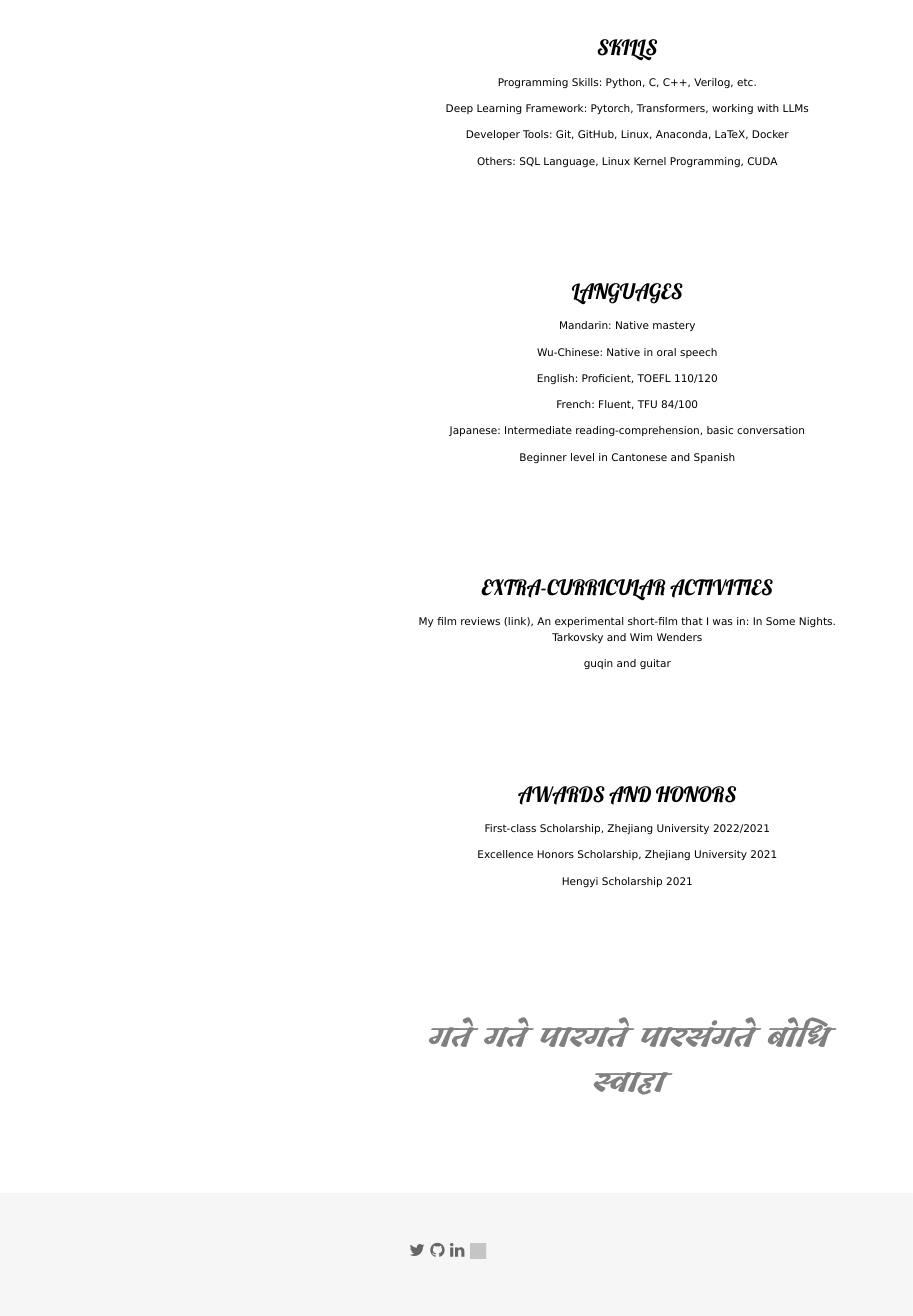
Repository: Ej-zhou/ej-zhou.github.io
Page: index.html
The author's editor kept a copy of each file at every save. The page is drawn from the files as they stood at one save, then again after a run of saves.
The browser window is 1280 px wide. The page is 1304 px wide, so the pictures cover 1304 px, including what lies to the right of the window. The pictures show the part of the page from y = 4573 to 6453 px (the page is 6453 px tall before and 6389 px after), at 70% of full size.
Pictures or frames that could not be fetched are drawn as grey boxes. Some web fonts or font styles are not loaded; a fallback is used.

Above is the page before, as saved 2023-08-12 15:06:18.

### index.html
<!DOCTYPE html>

<html>
<head>
<title>
     Zhou, Ej
    </title>
<meta charset="utf-8"/>
<meta content="width=device-width, initial-scale=1" name="viewport"/>
<link href="https://www.w3schools.com/w3css/4/w3.css" rel="stylesheet"/>
<link href="https://fonts.googleapis.com/css?family=Lobster" rel="stylesheet"/>
<link href="https://cdnjs.cloudflare.com/ajax/libs/font-awesome/4.7.0/css/font-awesome.min.css" rel="stylesheet"/>
<link href="https://fonts.googleapis.com/css2?family=Noto+Sans+SC&amp;display=swap" rel="stylesheet"/>
<style>
     /* body, h1, h2, h3, h4, h5, h6 {font-family: "Lobster", sans-serif} */
     h1, h2, h3, h4, h5, h6 {font-family: "Lobster", sans-serif}
     .w3-row-padding img {margin-bottom: 12px}
     /* .bgimg {
       background-position: center;
       background-repeat: no-repeat;
       background-size: cover;
       background-image: url('https://www.w3schools.com/w3images/profile_girl.jpg');
       min-height: 100%;
     } */
    @font-face {
      font-family: 'YanShiFoXiTi';
      src: url('fonts/YanShiFoXiTi/Slidefu-Regular-2.ttf'); /* Change the extension to match your file */
    }

    @font-face {
    font-family: 'Aakar Regular';
    src: url('fonts/Aakar Regular/Aakar Regular.ttf') format('truetype'); /* Update the path if needed */
    }

    @font-face {
        font-family: 'vesper_libre';
        src: url("fonts/Vesper_Libre/VesperLibre-Bold.ttf");
    }

    @font-face {
        font-family: 'kalam';
        src: url("fonts/Kalam/Kalam-Bold.ttf");
    }


    @font-face {
        font-family: 'Kurale';
        src: url("fonts/Kurale/Kurale-Regular.ttf");
    }

    @font-face {
        font-family: "Tillana";
        src: url("fonts/Tillana/Tillana-Bold.ttf");
    }

     .chinese {
      font-family: 'YanShiFoXiTi', sans-serif;
    }

    .sanskrit {
        font-family: 'Tillana';
        font-size: 43px; /* Set the font size to your desired value */
        font-style: italic;
        font-weight: bold; /* Make the text bold */
        text-align: center; /* Center align the text */
        display: block; /* Make the span a block element to occupy the full width */
        margin: 10px 0; /* Add some margin to separate it from other elements */
        color: gray; /*Set the color to your preference*/
    }
  /* Other CSS rules */

    /* Style for the sidebar container */
    .sidebar {
    width: 600px; /* Same as the desired image width */
    position: fixed; /* Fixed position */
    top: 0; /* Align with the top of the viewport */
    height: 100%; /* Full height */
    overflow: auto; /* Enable scrolling inside the sidebar */
    display: flex; /* Enable flexbox for centering */
    align-items: center; /* Center vertically */
    justify-content: center; /* Center horizontally */
    }

    /* Style for the image container */
    .image-container {
    width: 100%; /* Take up full width of the sidebar */
    text-align: left; /* Center the image horizontally */
    }



    .question-mark {
      cursor: pointer;
      font-weight: bold;
      color: gray; /* Change the color as needed */
      font-size: 40%; /* Adjust the font size to make it smaller */
      vertical-align: top; /* Display the question mark as a superscript */
    }

    .tooltip {
    display: none;
    position: absolute;
    background-color: #f9f9f9;
    padding: 5px;
    border: 1px solid #ccc;
    border-radius: 4px;
    box-shadow: 2px 2px 5px rgba(0, 0, 0, 0.1);
    font-size: 20%; /* Set to the desired font size */
    font-weight: normal; /* Set the font weight to normal */
    font-style: normal; /* Set the font style to normal */
    font-family: "Times New Roman", serif /* Set the desired font family */
    }


</style>
</head>
<!-- <body><div class="sidebar"><div class="image-container"><img alt="here should be a photo" height="400" src="pics/IMG_2185.JPG" width="600"/></div></div> -->
<body><div class="sidebar"><div class="image-container"><img alt="here should be a photo"  src="pics/photo.jpeg" width="550"/></div></div>
<!-- Sidebar with image -->
<!-- <nav class="w3-sidebar w3-hide-medium w3-hide-small" style="width:40%"> -->
<!-- <div class="bgimg"> -->
<!-- </div> -->
<!-- </nav> -->
<!-- Hidden Sidebar (reveals when clicked on menu icon)-->
<!-- <nav class="w3-sidebar w3-black w3-animate-right w3-xxlarge" id="mySidebar" style="display:none;padding-top:150px;right:0;z-index:2">
   <a class="w3-button w3-black w3-xxxlarge w3-display-topright" href="javascript:void(0)" onclick="closeNav()" style="padding:0 12px;">
    <i class="fa fa-remove">
    </i>
   </a>
   <div class="w3-bar-block w3-center">
    <a class="w3-bar-item w3-button w3-text-grey w3-hover-black" href="#" onclick="closeNav()">
     Home
    </a>
    <a class="w3-bar-item w3-button w3-text-grey w3-hover-black" href="#portfolio" onclick="closeNav()">
     Portfolio
    </a>
    <a class="w3-bar-item w3-button w3-text-grey w3-hover-black" href="#about" onclick="closeNav()">
     About
    </a>
    <a class="w3-bar-item w3-button w3-text-grey w3-hover-black" href="#contact" onclick="closeNav()">
     Contact
    </a>
   </div>
  </nav> -->

<!-- Page Content -->
<div class="w3-main w3-padding-large" style="margin-left:40%">
<!-- Menu icon to open sidebar -->
<span class="w3-button w3-top w3-white w3-xxlarge w3-text-grey w3-hover-text-black" onclick="openNav()" style="width:auto;right:0;">
<i class="fa fa-bars">
</i>
</span>
<!-- Header -->
<header class="w3-container w3-center" id="home" style="padding:128px 16px">

<h1 class="w3-jumbo">
    <b> <span class="chinese">周逸杰</span>           </b>
</h1>



<h1 class="w3-jumbo">
<b>
        ZHOU, EJ
      </b>
      <span class="question-mark">?</span>
      <span class="tooltip">
        My given name is <i>Yijie</i>, and my family name <i>Zhou</i>. <i>Ej</i> is my preferred name, and we put our family name in the front.
      </span>




</h1>
<p>
     Where shall I begin...
    </p>
<!-- <img class="w3-image w3-hide-large w3-hide-small w3-round" src="https://www.w3schools.com/w3images/profile_girl.jpg" style="display:block;width:60%;margin:auto;"/> -->
<!-- <img class="w3-image w3-hide-large w3-hide-medium w3-round" height="1333" src="https://www.w3schools.com/w3images/profile_girl.jpg" width="1000">
<button class="w3-button w3-light-grey w3-padding-large w3-margin-top">
<i class="fa fa-download">
</i>
      CV
    </button>
</img></header> -->
<!-- Portfolio Section -->
<!-- <div class="w3-padding-32 w3-content" id="portfolio">
    <h2 class="w3-text-grey">
     My Portfolio
    </h2>
    <hr class="w3-opacity"/> -->
<!-- Grid for photos -->
<!-- <div class="w3-row-padding" style="margin:0 -16px"> -->
<!-- <div class="w3-half">
      <img src="https://www.w3schools.com/w3images/wedding.jpg" style="width:100%"/>
      <img src="https://www.w3schools.com/w3images/rocks.jpg" style="width:100%"/>
      <img src="https://www.w3schools.com/w3images/sailboat.jpg" style="width:100%"/>
     </div>
     <div class="w3-half">
      <img src="https://www.w3schools.com/w3images/underwater.jpg" style="width:100%"/>
      <img src="https://www.w3schools.com/w3images/chef.jpg" style="width:100%"/>
      <img src="https://www.w3schools.com/w3images/wedding.jpg" style="width:100%"/>
      <img src="https://www.w3schools.com/w3images/p6.jpg" style="width:100%"/>
     </div> -->
<!-- End photo grid -->
<!-- </div> -->
<!-- End Portfolio Section -->
<!-- </div> -->
<!-- About Section -->
<div class="w3-content w3-justify w3-text-grey w3-padding-32" id="about">
<h2>
     About
    </h2>
<hr class="w3-opacity"/>
<p>
    I am an undergraduate student in Zhejiang Unviersity. I am interested in NLP and AI. I am currently working on a project about building a corpus for cross-lingual summarization. I am also interested in the intersection of NLP and other fields, such as psychology and philosophy. I am also interested in the application of NLP in the field of education. I am currently working on a project about building a corpus for cross-lingual summarization. I am also interested in the intersection of NLP and other fields, such as psychology and philosophy. I am also interested in the application of NLP in the field of education. I am currently working on a project about building a corpus for cross-lingual summarization. I am also interested in the intersection of NLP and other fields, such as psychology and philosophy. I am also interested in the application of NLP in the field of education.
    </p>
<h3 class="w3-padding-16">
<!-- My Skills
    </h3>
    <p class="w3-wide">
     Photography
    </p>
    <div class="w3-light-grey">
     <div class="w3-container w3-center w3-padding-small w3-dark-grey" style="width:95%">
      95%
     </div>
    </div>
    <p class="w3-wide">
     Web Design
    </p>
    <div class="w3-light-grey">
     <div class="w3-container w3-center w3-padding-small w3-dark-grey" style="width:85%">
      85%
     </div>
    </div>
    <p class="w3-wide">
     Photoshop
    </p>
    <div class="w3-light-grey">
     <div class="w3-container w3-center w3-padding-small w3-dark-grey" style="width:80%">
      80%
     </div>
    </div>
    <br/>
    <div class="w3-row w3-center w3-dark-grey w3-padding-16 w3-section">
     <div class="w3-quarter w3-section">
      <span class="w3-xlarge">
       14+
      </span> -->
<!-- <br/>
      Partners
     </div>
     <div class="w3-quarter w3-section">
      <span class="w3-xlarge">
       55+
      </span>
      <br/>
      Projects Done
     </div>
     <div class="w3-quarter w3-section">
      <span class="w3-xlarge">
       89+
      </span>
      <br/>
      Happy Clients
     </div>
     <div class="w3-quarter w3-section">
      <span class="w3-xlarge">
       150+
      </span>
      <br/>
      Meetings
     </div>
    </div>
    <button class="w3-button w3-light-grey w3-padding-large w3-section">
     <i class="fa fa-download">
     </i>
     Download Resume -->
<!-- </button> -->
<!-- Testimonials -->
<!-- <h3 class="w3-padding-24">
     My Reputation
    </h3>
    <img alt="Avatar" class="w3-left w3-circle w3-margin-right" src="https://www.w3schools.com/w3images/avatar_smoke.jpg" style="width:80px"/>
    <p>
     <span class="w3-large w3-text-black w3-margin-right">
      Chandler Bing.
     </span>
     Web Designer.
    </p>
    <p>
     Jane Doe is just awesome. I am so happy to have met her!
    </p>
    <br/>
    <img alt="Avatar" class="w3-left w3-circle w3-margin-right" src="https://www.w3schools.com/w3images/bandmember.jpg" style="width:80px"/>
    <p>
     <span class="w3-large w3-text-black w3-margin-right">
      Chris Fox.
     </span>
     CEO at Mighty Schools.
    </p>
    <p>
     Jane Doe saved us from a web disaster.
    </p>
    <br/>
    <img alt="Avatar" class="w3-left w3-circle w3-margin-right" src="https://www.w3schools.com/w3images/avatar_g2.jpg" style="width:80px"/>
    <p>
     <span class="w3-large w3-text-black w3-margin-right">
      Rebecca Flex.
     </span>
     CEO at Company.
    </p>
    <p>
     No one is better than Jane Doe.
    </p>
    <br/> -->
<!-- Grid for pricing tables -->
<!-- End About Section -->
<!-- </div> -->
<!--
  <script>
   // Open and close sidebar
function openNav() {
  document.getElementById("mySidebar").style.width = "60%";
  document.getElementById("mySidebar").style.display = "block";
}

function closeNav() {
  document.getElementById("mySidebar").style.display = "none";
}
  </script>
  <div class="w3-container w3-padding-64 w3-center"> -->

<br><br><br><br>
<h1 class="w3-jumbo">
    <b> <span class="chinese">若以色见我，以音声求我，是人行邪道，不能见如来。</span>           </b>
</h1>


<p>
</p>
</h3></div>
<div class="w3-container w3-padding-64 w3-center">
<h2>
    EDUCATION BACKGROUND
   </h2>
   <hr class="w3-opacity"/>
<p>
    College of Computer Science and Technology Hangzhou, China &amp; CKC Honors College, Zhejiang University
   </p>
<p>
    Sept 2020 - Jun 2024(Expected)
   </p>
<p>
    Bachelor of Science in Computer Science
   </p>
<p>
    Overall GPA: 3.99/4.0; 91.19/100 Major GPA: 4.0/4.0
   </p>
<p>
    GRE: 330 + AW4.0
   </p>
<p>
    WestLake NLP Lab, Westlake University Hangzhou, China
   </p>
<p>
    Research Internship &amp; Visiting Student Sept 2022 - Jan 2023
   </p>
<p>
    College of Engineering, Cornell University Ithaca, NY
   </p>
<p>
    Exchange Student Jan 2023 - May 2023
   </p>
s   <p>
    Courses include: Computational Linguistics, Language and Information, Historical Linguistics
   </p>
</div>



<div class="w3-container w3-padding-64 w3-center">
<h2>
    EXPERIENCE
   </h2>
<p>
    Hangzhou City Brain
   </p>
<p>
    Sept 2022 - Aug 2022
   </p>
<p>
    Internship Hangzhou, China
   </p>
<p>
    Assisted in the maintenance of the Integrated Resources System working on database systems.
   </p>
<p>
    Westlake University
   </p>
<p>
    Sept 2022 - Feb 2023
   </p>
<p>
    Project: Building ConvSumX, an XLS corpus
   </p>
<p>
    Hangzhou, China
   </p>
<p>
    Research Intern in WestLake NLP Lab Advisor: Yue Zhang
   </p>
<p>
    Spearheaded the Corpus-Annotation and Corpus-Evaluation team in the creation of the corpus.
   </p>
<p>
    Conducted experiments by fine-tuning mBART model using various corpora on NVIDIA A100 GPUs.
   </p>
<p>
    Delivered comprehensive analysis of both existing XLS corpora and experimental outcomes
   </p>
<p>
    Paper Writing
   </p>
<p>
    Cornell University
   </p>
<p>
    Feb 2023 - Apr 2023
   </p>
<p>
    Project: Persuasive Chatbot
   </p>
<p>
    Ithaca, NY
   </p>
<p>
    Developed an automated chatbot capable of detecting factual inaccuracies during conversations, and providing accurate information supported by evidence
   </p>
</div>



<div class="w3-container w3-padding-64 w3-center">
<h2>
    PUBLICATION
   </h2>
<p>
    [1] Yulong Chen, Huajian Zhang, Yijie Zhou, Xuefeng Bai, Yueguan Wang, Ming Zhong, Jianhao Yan, Yafu Li, Judy Li, Michael Zhu and Yue Zhang:
   </p>
<p>
    Revisiting Cross-Lingual Summarization: A Corpus-based Study and A New Benchmark with Improvement Annotation, submitted to ACL 2023
   </p>
</div>
<div class="w3-container w3-padding-64 w3-center">
<h2>
    AWARDS AND COMPETITIONS
   </h2>
<p>
    Zhejiang Lab Cup Global AI Competition, Third Prize
   </p>
<p>
    Oct 2021
   </p>
<p>
    Hangzhou, China
   </p>
<p>
    Zhejiang University Programming Contest, Third Prize
   </p>
<p>
    Oct 2021
   </p>
<p>
    Hangzhou, China
   </p>
</div>
<div class="w3-container w3-padding-64 w3-center">
<h2>
    SELECTED COURSE-WORKS
   </h2>
<p>
    Parallel Computing and Neural Networks
   </p>
<p>
    Jul 2021 - Aug 2021
   </p>
<p>
    Coursework for Integrate Practice for Courses I: Supercomputing; score 97/100
   </p>
<p>
    Enhanced GEMM performance by over 100x using OpenMP and MPI on a computing cluster.
   </p>
<p>
    Developed a CNN from scratch using PyTorch for handwriting recognition and object recognition.
   </p>
<p>
    Mini-SQL GitHub
   </p>
<p>
    May 2022 - Jun 2022
   </p>
<p>
    Coursework for Database System; score 98/100
   </p>
<p>
    Developed a compact single-user SQL engine (DBMS) supporting fundamental database operations and implemented an index-manager for record handling using a custom-designed B+-tree data structure.
   </p>
<p>
    Socket and Web-server
   </p>
<p>
    Oct 2022 - Dec 2022
   </p>
<p>
    Coursework for Computer Network; score 96/100
   </p>
<p>
    Developed a custom TCP-based communication protocol.
   </p>
<p>
    Constructed a lightweight web server capable of parsing HTTP protocol and accepting browser access without relying on any pre-built libraries.
   </p>
</div>
<div class="w3-container w3-padding-64 w3-center">
<h2>
    SKILLS
   </h2>
<p>
    Programming Skills: Python, C, C++, Verilog, etc.
   </p>
<p>
    Deep Learning Framework: Pytorch, Transformers, working with LLMs
   </p>
<p>
    Developer Tools: Git, GitHub, Linux, Anaconda, LaTeX, Docker
   </p>
<p>
    Others: SQL Language, Linux Kernel Programming, CUDA
   </p>
</div>
<div class="w3-container w3-padding-64 w3-center">
<h2>
    LANGUAGES
   </h2>
<p>
    Mandarin: Native mastery
   </p>
<p>
    Wu-Chinese: Native in oral speech
   </p>
<p>
    English: Proficient, TOEFL 110/120
   </p>
<p>
    French: Fluent, TFU 84/100
   </p>
<p>
    Japanese: Intermediate reading-comprehension, basic conversation
   </p>
<p>
    Beginner level in Cantonese and Spanish
   </p>
</div>
<div class="w3-container w3-padding-64 w3-center">
<h2>
    EXTRA-CURRICULAR ACTIVITIES
   </h2>
<p>
    My film reviews (link), An experimental short-film that I was in: In Some Nights. Tarkovsky and Wim Wenders
   </p>
<p>
    guqin and guitar
   </p>
</div>
<div class="w3-container w3-padding-64 w3-center">
<h2>
    AWARDS AND HONORS
   </h2>
<p>
    First-class Scholarship, Zhejiang University 2022/2021
   </p>
<p>
    Excellence Honors Scholarship, Zhejiang University 2021
   </p>
<p>
    Hengyi Scholarship 2021
   </p>
</div>

<!-- Contact Section -->


<!-- <div class="w3-padding-32 w3-content w3-text-grey" id="contact" style="margin-bottom:64px">
<h2>
       Contact Me
      </h2>
<hr class="w3-opacity"/>
<div class="w3-section">
<p>
<i class="fa fa-map-marker fa-fw w3-xxlarge w3-margin-right">
</i>
        New Haven, CT
       </p>
<p>
<i class="fa fa-phone fa-fw w3-xxlarge w3-margin-right">
</i>
        Phone: +1 (607) 327-2411 / +86 188-0671-8188
       </p>
<p>
<i class="fa fa-envelope fa-fw w3-xxlarge w3-margin-right">
</i>
        Email: e.j.zhou@zju.edu.cn / yz2876@cornell.edu
       </p> -->
<br><br><br><br>
<b> <span class="sanskrit">गते गते पारगते पारसंगते बोधि स्वाहा</span>           </b>


</div>
<!-- Image of location/map -->
<!-- <img class="w3-image w3-greyscale" src="https://www.w3schools.com/w3images/map.jpg" style="width:100%;margin:32px 0"/> -->
<!-- <p>
       Lets get in touch. Send me a message:
      </p> -->
<!-- <form action="/action_page.php" target="_blank"> -->
<!-- <p>
<input class="w3-input w3-padding-16 w3-border" name="Name" placeholder="Name" required="" type="text"/>
</p>
<p>
<input class="w3-input w3-padding-16 w3-border" name="Email" placeholder="Email" required="" type="text"/>
</p>
<p>
<input class="w3-input w3-padding-16 w3-border" name="Subject" placeholder="Subject" required="" type="text"/>
</p>
<p>
<input class="w3-input w3-padding-16 w3-border" name="Message" placeholder="Message" required="" type="text"/>
</p>
<p>
<button class="w3-button w3-light-grey w3-padding-large" type="submit">
<i class="fa fa-paper-plane">
</i>
         SEND MESSAGE
        </button>
</p> -->
<!-- </form> -->
<!-- End Contact Section -->


</div>



<!-- Footer. This section contains an ad for W3Schools Spaces. You can leave it to support us. -->

<footer class="w3-container w3-padding-64 w3-light-grey w3-center w3-opacity w3-xlarge" style="margin:-24px">
    <!-- <a href="https://www.facebook.com/yourusername" target="_blank"><i class="fa fa-facebook-official w3-hover-opacity"></i></a> -->
    <!-- <a href="https://www.instagram.com/yourusername" target="_blank"><i class="fa fa-instagram w3-hover-opacity"></i></a> -->
    <!-- <a href="https://www.snapchat.com/yourusername" target="_blank"><i class="fa fa-snapchat w3-hover-opacity"></i></a> -->
    <!-- <a href="https://www.pinterest.com/yourusername" target="_blank"><i class="fa fa-pinterest-p w3-hover-opacity"></i></a> -->
    <a href="https://twitter.com/ej_2876" target="_blank"><i class="fa fa-twitter w3-hover-opacity"></i></a>
    <a href="https://github.com/cyber-e-j" target="_blank"><i class="fa fa-github w3-hover-opacity"></i></a> <!-- GitHub Link -->
    <a href="https://www.linkedin.com/in/ej-zhou-1600a7264/" target="_blank"><i class="fa fa-linkedin w3-hover-opacity"></i></a>
    <!-- <a href="https://scholar.google.com/citations?authuser=1&user=e8yGb7IAAAAJ" target="_blank"><i class="fa-brands fa-google"></i></a> Google Scholar Link -->
    <a href="https://scholar.google.com/citations?authuser=1&user=e8yGb7IAAAAJ" target="_blank"><img width="24" height="24" src="https://img.icons8.com/material-two-tone/384/google-scholar.png" alt="google-scholar" class="w3-hover-opacity" /></a> <!-- Google Scholar Link -->

    <!-- Additional content -->
    <p class="w3-small">
      <!-- This website was made with W3schools Spaces. Make your own free website today! -->
    </p>
    <!-- <a class="w3-button w3-round-xxlarge w3-small w3-dark-grey" href="https://www.w3schools.com/spaces" target="_blank">
       Start now
      </a> -->
    <!-- End footer -->
  </footer>

</div>



<script>
    const questionMark = document.querySelector('.question-mark');
    const tooltip = document.querySelector('.tooltip');

    questionMark.addEventListener('mouseover', () => {
      tooltip.style.display = 'inline-block';
    });

    questionMark.addEventListener('mouseout', () => {
      tooltip.style.display = 'none';
    });

    // Optional: If you want to hide the tooltip when the mouse moves away from it, add the following code
    tooltip.addEventListener('mouseout', () => {
      tooltip.style.display = 'none';
    });
  </script>


</body>

  <!-- END PAGE CONTENT -->
  </html>

After the next 2 saves:
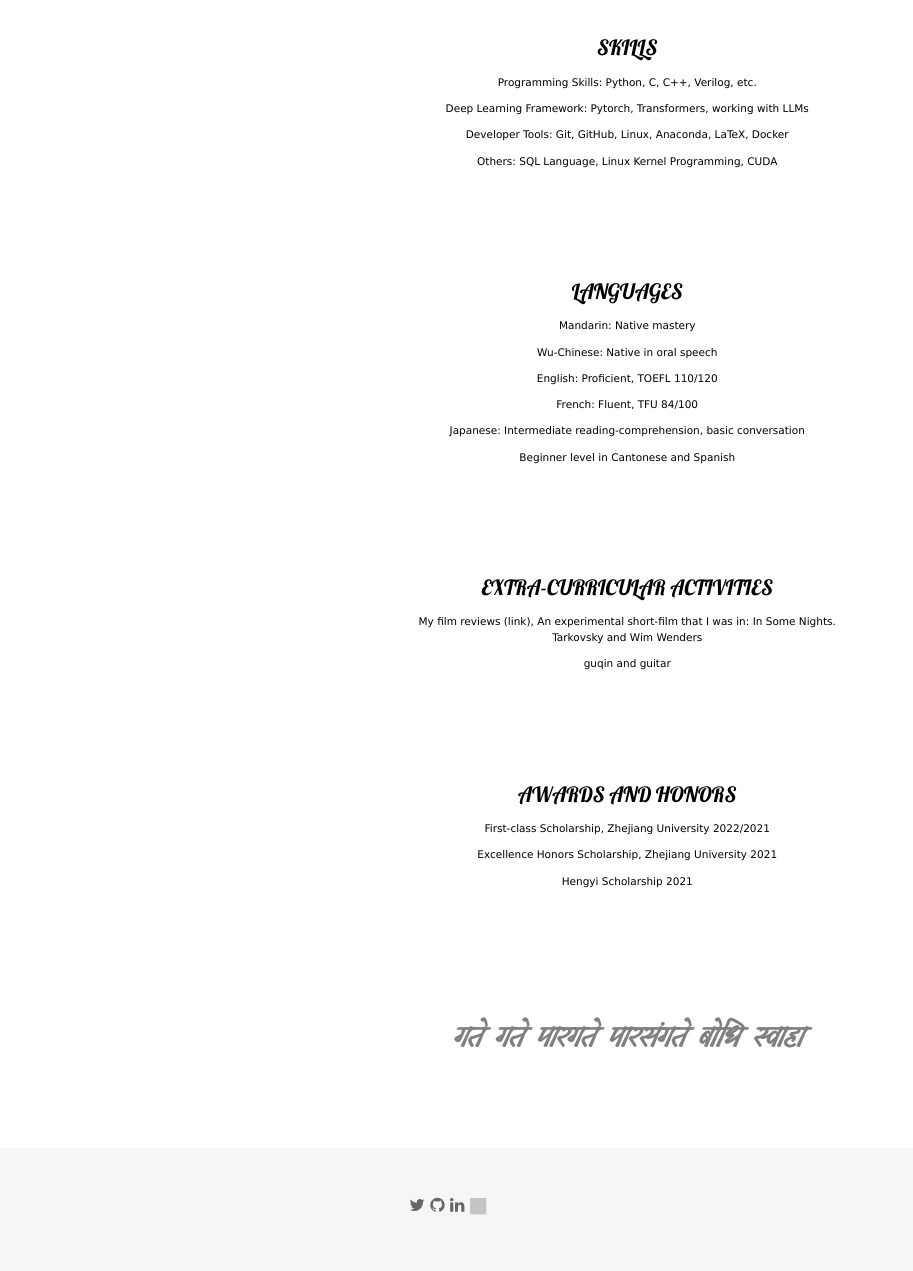
The 2 saves are shown as one change because they came seconds apart.
The last was saved 19 s later.
--- a/index.html
+++ b/index.html
@@ -50,7 +50,7 @@
 
     @font-face {
         font-family: "Tillana";
-        src: url("fonts/Tillana/Tillana-Bold.ttf");
+        src: url("fonts/Tillana/Tillana-Regular.ttf");
     }
 
      .chinese {
